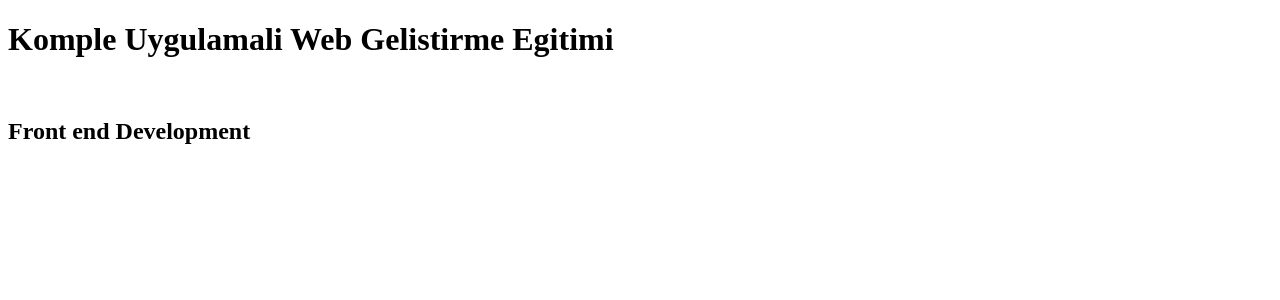
Repository: sammkrt/git101
Page: html-css-TrainingMyself/index.html
The author's editor kept a copy of each file at every save. The page is drawn from the files as they stood at one save, then again after the next save.
The browser window is 1280 px wide. The pictures show the whole page.

Above is the page before, as saved 2022-12-22 11:22:26.

After the next save:
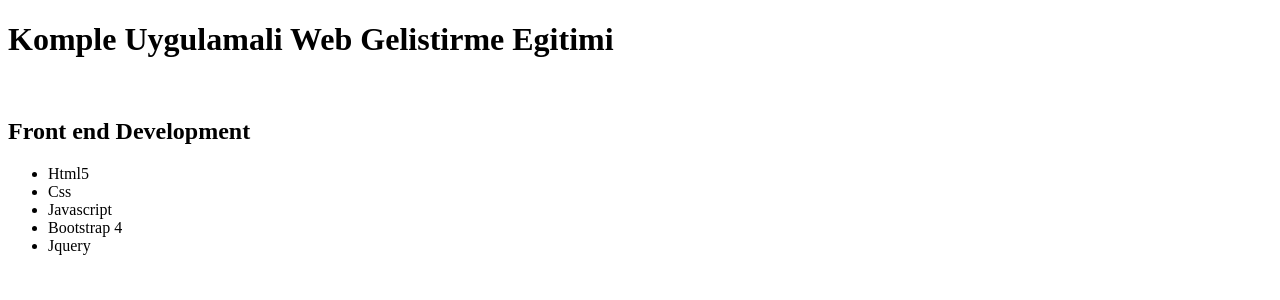
Saved 63 s later.
--- a/html-css-TrainingMyself/index.html
+++ b/html-css-TrainingMyself/index.html
@@ -9,6 +9,13 @@
 <body>
 <h1>Komple Uygulamali Web Gelistirme Egitimi</h1><br>
 <h2>Front end Development</h2>
+<ul>
+    <li>Html5</li>
+    <li>Css</li>
+    <li>Javascript</li>
+    <li>Bootstrap 4</li>
+    <li>Jquery</li>
+</ul>
 
 
 
